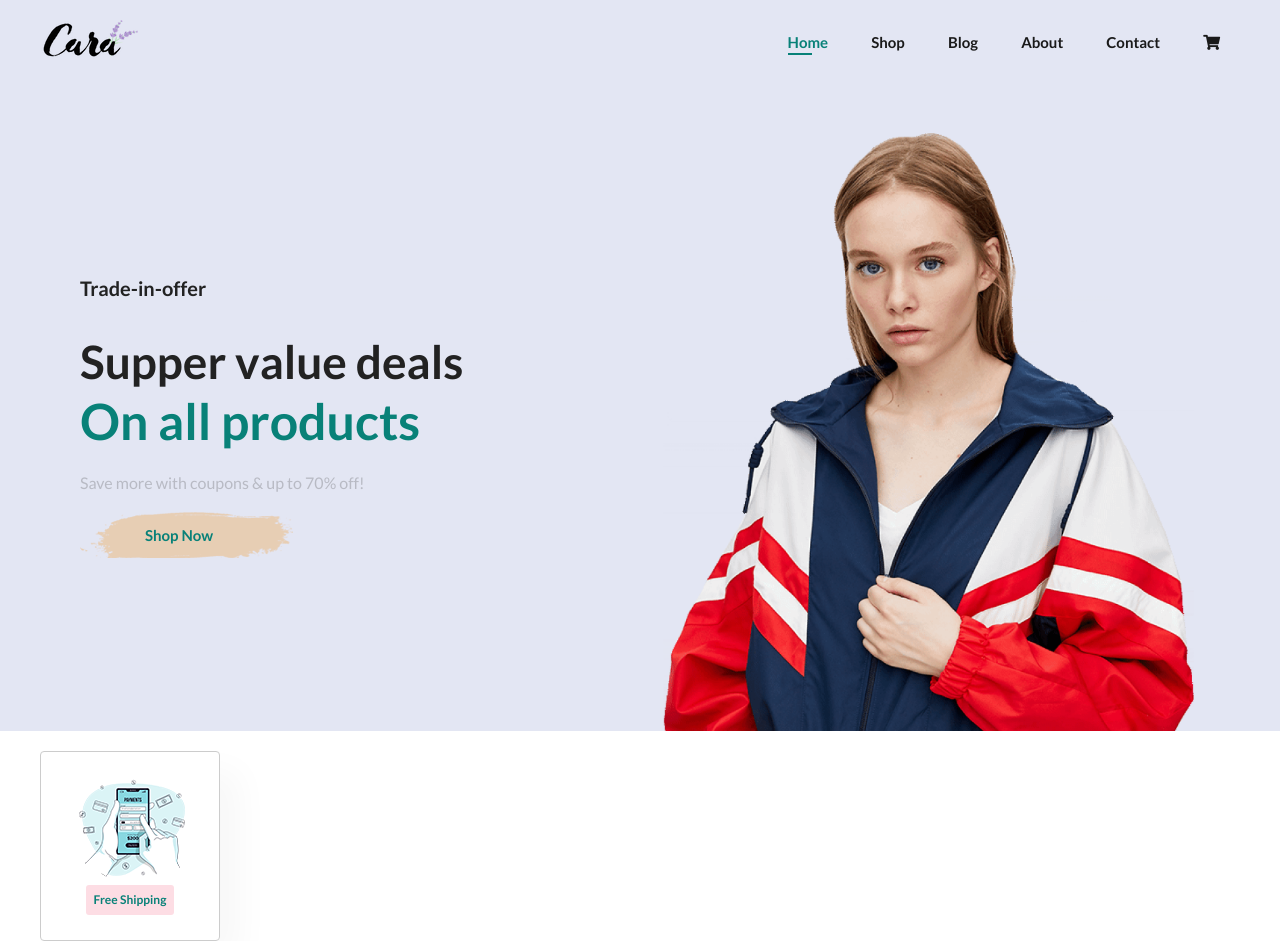
Repository: Nguyenductuan-dev/Website-Clothes
Page: index.html
These files come from the project's save history. The page is drawn as it stood at one moment and after the next save; the edit follows.
The browser window is 1280 px wide. The pictures show the whole page.

Above is the page before, as saved 2022-04-26 00:07:51.

After the next save:
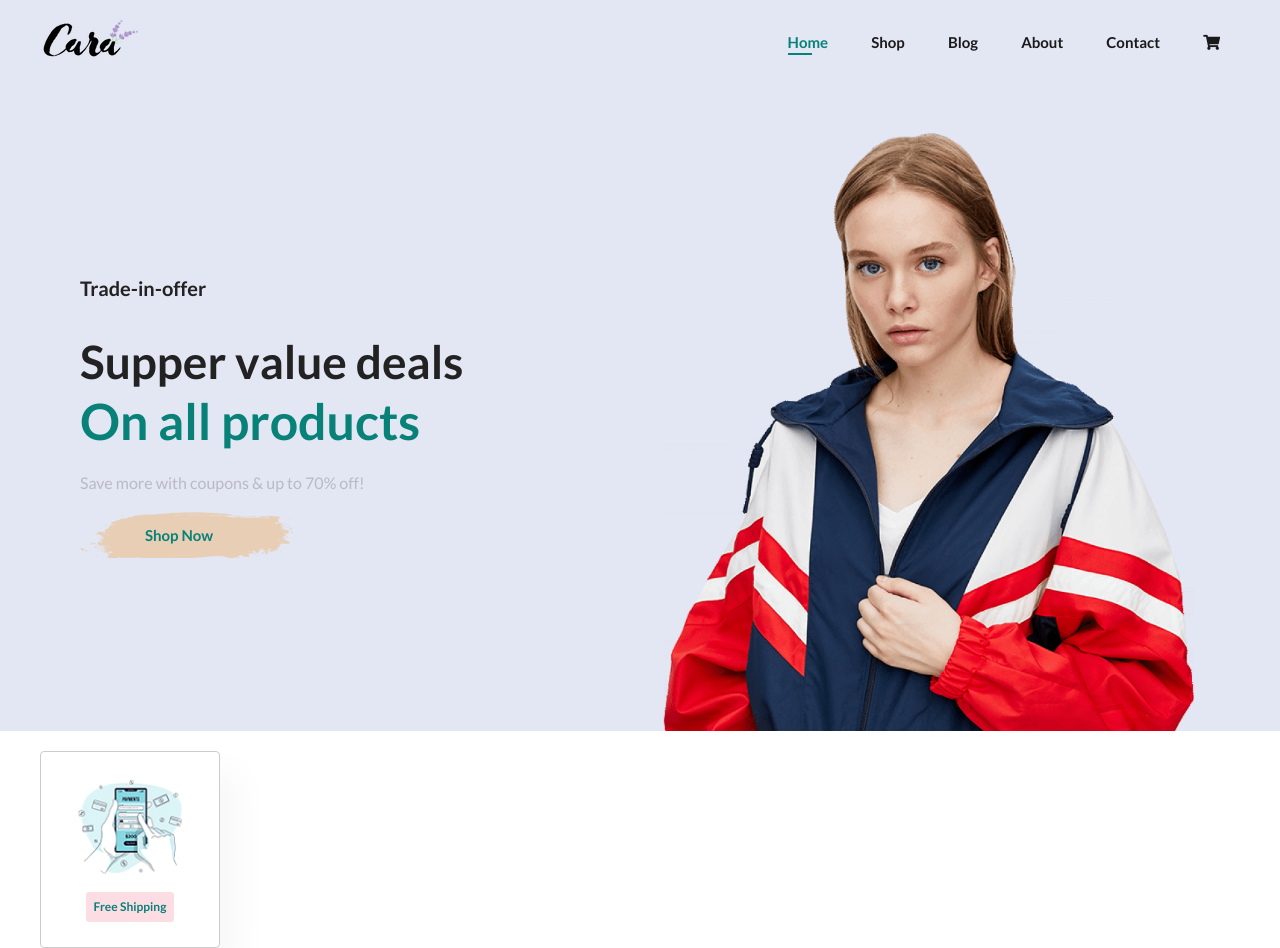
Saved 44 s later.
--- a/assets/css/style.css
+++ b/assets/css/style.css
@@ -146,3 +146,7 @@ body {
     background-color: #fddde4;
     display: inline-block;
 }
+.feature__img {
+    width: 100%;
+    margin-bottom: 10px;
+}
